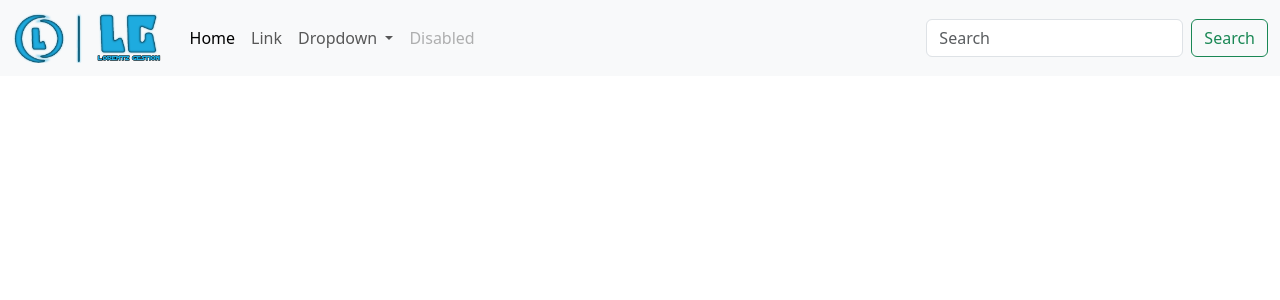
Repository: Nebil94/projet-nabil
Page: home.html
The author's editor kept a copy of each file at every save. The page is drawn from the files as they stood at one save, then again after the next save.
The browser window is 1280 px wide. The pictures show the whole page.

Above is the page before, as saved 2024-02-01 14:33:17.

### home.html
<!doctype html>
<html lang="en">

<head>
     <meta charset="utf-8">
     <meta name="viewport" content="width=device-width, initial-scale=1">
     <title>Nabil Sara</title>
     <link rel="stylesheet" href="style.css">
     <link href="https://cdn.jsdelivr.net/npm/bootstrap@5.3.2/dist/css/bootstrap.min.css" rel="stylesheet"
          integrity="sha384-T3c6CoIi6uLrA9TneNEoa7RxnatzjcDSCmG1MXxSR1GAsXEV/Dwwykc2MPK8M2HN" crossorigin="anonymous">
</head>

<body>
     <header>
          <nav class="navbar navbar-expand-lg bg-body-tertiary">
               <div class="container-fluid">
                    <a class="navbar-brand" href="#">
                         <img class="logo" src="photos/logo_full.png" alt="">
                    </a>
                    <button class="navbar-toggler" type="button" data-bs-toggle="collapse"
                         data-bs-target="#navbarSupportedContent" aria-controls="navbarSupportedContent"
                         aria-expanded="false" aria-label="Toggle navigation">
                         <span class="navbar-toggler-icon"></span>
                    </button>
                    <div class="collapse navbar-collapse" id="navbarSupportedContent">
                         <ul class="navbar-nav me-auto mb-2 mb-lg-0">
                              <li class="nav-item">
                                   <a class="nav-link active" aria-current="page" href="#">Home</a>
                              </li>
                              <li class="nav-item">
                                   <a class="nav-link" href="#">Link</a>
                              </li>
                              <li class="nav-item dropdown">
                                   <a class="nav-link dropdown-toggle" href="#" role="button" data-bs-toggle="dropdown"
                                        aria-expanded="false">
                                        Dropdown
                                   </a>
                                   <ul class="dropdown-menu">
                                        <li><a class="dropdown-item" href="#">Action</a></li>
                                        <li><a class="dropdown-item" href="#">Another action</a></li>
                                        <li>
                                             <hr class="dropdown-divider">
                                        </li>
                                        <li><a class="dropdown-item" href="#">Something else here</a></li>
                                   </ul>
                              </li>
                              <li class="nav-item">
                                   <a class="nav-link disabled" aria-disabled="true">Disabled</a>
                              </li>
                         </ul>
                         <form class="d-flex" role="search">
                              <input class="form-control me-2" type="search" placeholder="Search" aria-label="Search">
                              <button class="btn btn-outline-success" type="submit">Search</button>
                         </form>
                    </div>
               </div>
          </nav>
     </header>
     <main></main>
     <footer></footer>
     <script src="https://cdn.jsdelivr.net/npm/bootstrap@5.3.2/dist/js/bootstrap.bundle.min.js"
          integrity="sha384-C6RzsynM9kWDrMNeT87bh95OGNyZPhcTNXj1NW7RuBCsyN/o0jlpcV8Qyq46cDfL"
          crossorigin="anonymous"></script>
</body>

</html>

### style.css
.logo {
     width: 100%;
     height: 50px;
}

After the next save:
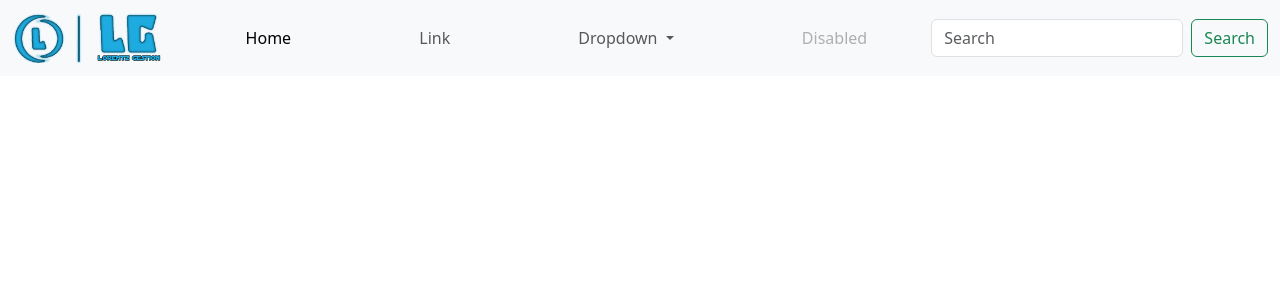
Saved 105 s later.
--- a/style.css
+++ b/style.css
@@ -2,3 +2,10 @@
      width: 100%;
      height: 50px;
 }
+
+.navbar-expand-lg .navbar-nav {
+     flex-direction: row;
+     display: flex;
+     width: 70%;
+     justify-content: space-around;
+}

After the save that followed:
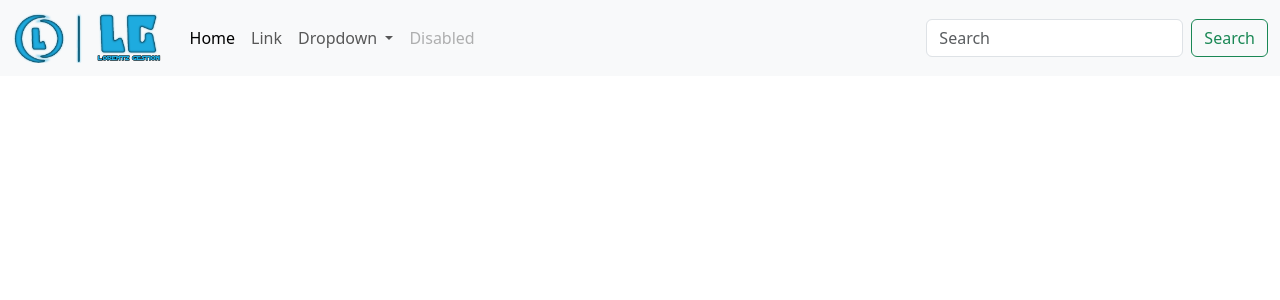
Saved 90 s later.
--- a/style.css
+++ b/style.css
@@ -6,6 +6,5 @@
 .navbar-expand-lg .navbar-nav {
      flex-direction: row;
      display: flex;
-     width: 70%;
-     justify-content: space-around;
+     width: 50%;
 }
